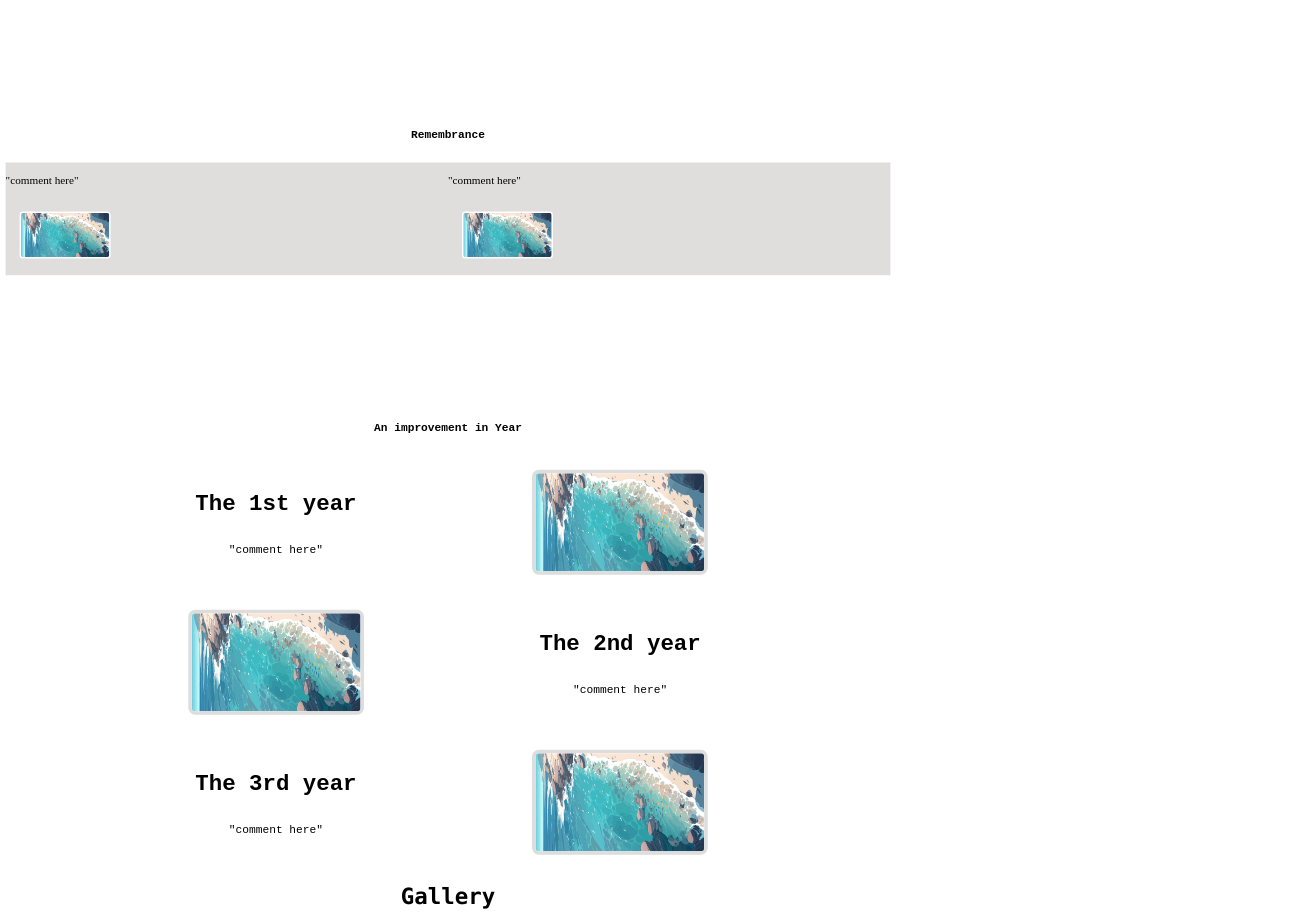
Repository: kittipichcha/Port1
Page: page2.html
These files come from the project's save history. The page is drawn as it stood at one moment and after the next save; the edit follows.
The browser window is 1280 px wide. The page is 1862 px wide, so the pictures cover 1862 px, including what lies to the right of the window. The pictures show the part of the page from y = 1593 to 2913 px (the page is 4496 px tall before and 4498 px after), at 70% of full size.

Above is the page before, as saved 2024-10-16 21:10:41.

After the next save:
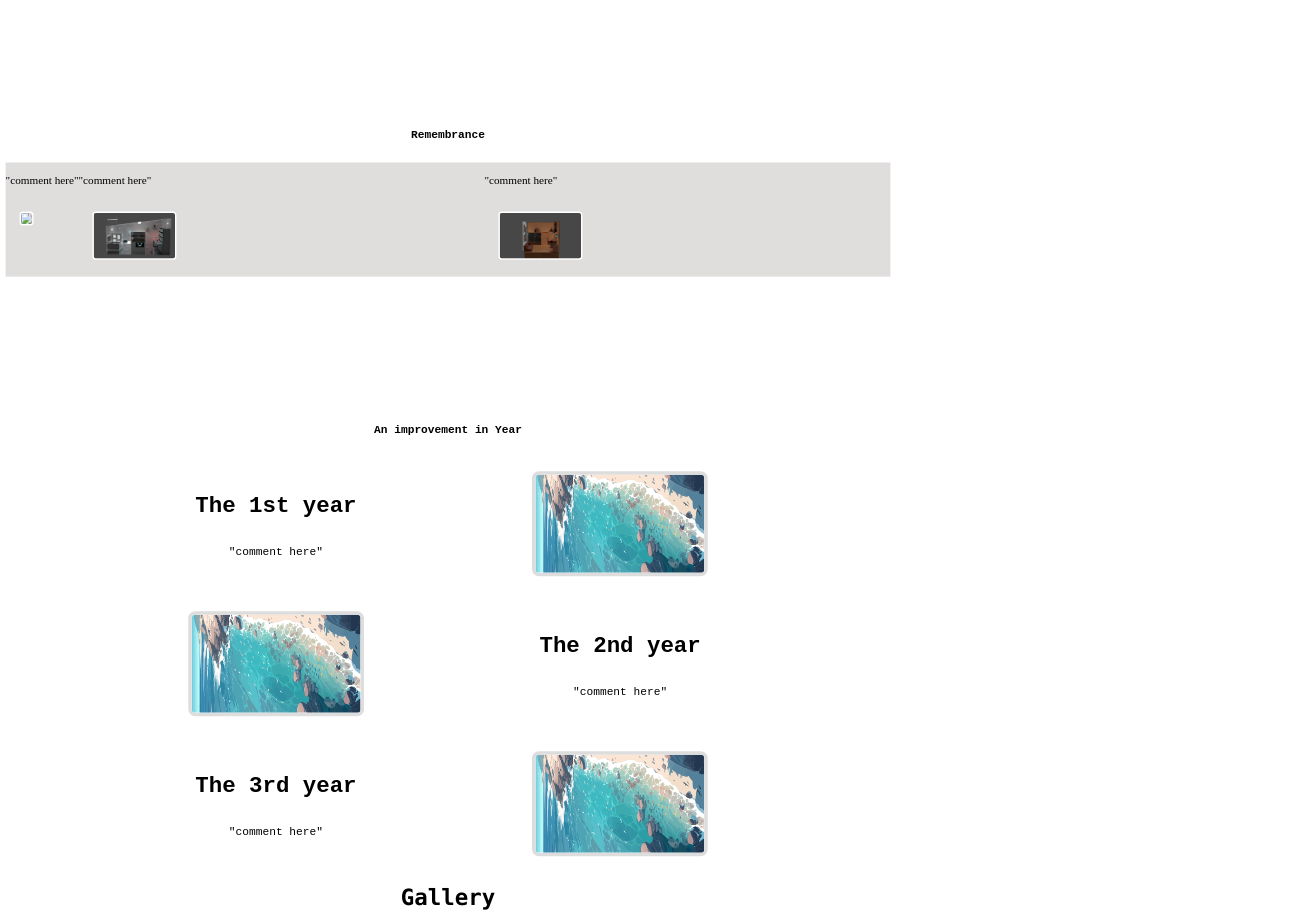
Not found: image/hosue2.jpg
Saved 65 s later.
--- a/page2.html
+++ b/page2.html
@@ -35,11 +35,15 @@
         <div class = "scrollImage">
             <div>
                 <p> "comment here" </p>
-                <img src = "beach.jpg">
+                <img src = "image/hosue2.jpg">
             </div>
             <div>
                 <p> "comment here" </p>
-                <img src = "beach.jpg">
+                <img src = "image/lab.jpg">
+            </div>
+            <div>
+                <p> "comment here" </p>
+                <img src = "image/room.jpg">
             </div>
         </div>
     </div>
